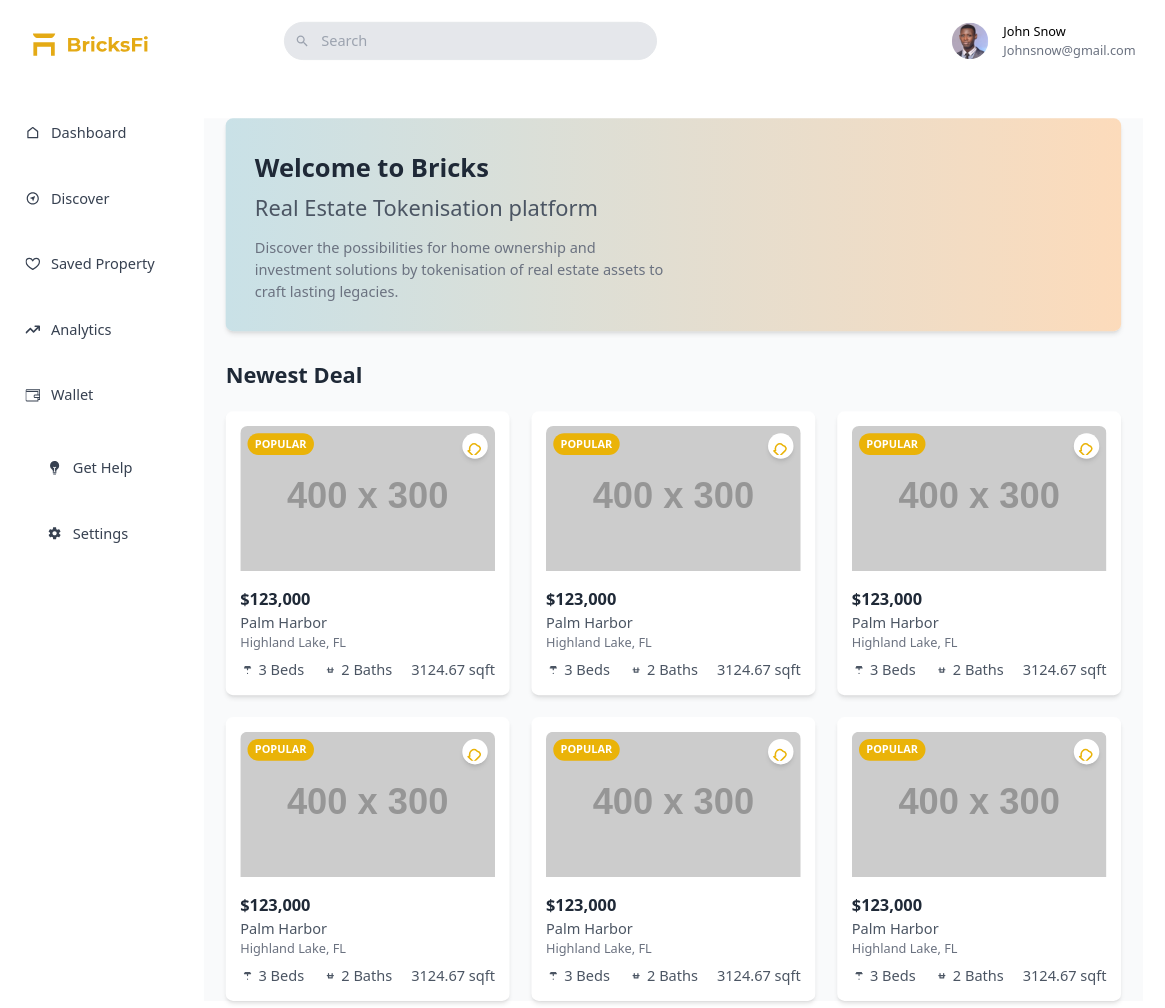
Repository: AyomideAkintade/BricksFi-Frontend
Page: /dashboard/discover (app in client/)
An editor plug-in stored every save of this project. The page is shown before and after the next save, followed by the edit.
The browser window is 1280 px wide. The pictures show the whole page, at 91% of full size.
The page's requests for data from a server got no answer. The project was rebuilt for these pictures with package versions that can differ from the ones it lists, and the page was loaded fresh each time. No one was signed in, and anything a server would have sent is missing. Also part of the build but not shown: client/src/components/navbar.jsx, client/src/components/home.jsx, client/src/components/homeSecond.jsx, client/src/components/homeThird.jsx, client/src/components/homeFifth.jsx, client/src/components/homeSixth.jsx, client/src/components/homeSeventh.jsx, client/src/api/base.js and 16 more.

Above is the page before, as saved 2024-10-04 23:31:13.

### client/src/index.css
@import "tailwindcss/base";
@import "tailwindcss/components";
@import "tailwindcss/utilities";


@font-face {
  font-family: Poppins;
  src: url(/src/assets/fonts/Poppins-Regular.ttf) format("truetype"), url(/src/assets/fonts/Poppins-Bold.ttf) format("truetype"), url(/src/assets/fonts/Poppins-Medium.ttf) format("truetype");

}

### client/src/App.js
import { BrowserRouter as Router, Route, Routes } from "react-router-dom";
import Home from "./pages/homePage";
import HomeFourth from "./components/login.jsx";
import HomeEight from "./components/signup.jsx";
import ForgotPasswordPage from "./components/forgotPassword.jsx";
import DashboardLayout from "./pages/dashboardLayout";
import DashboardPage from "./pages/dashboard.jsx";
import PieAnalytics from "./components/analytics.jsx";
import Discover from "./components/discover.jsx";
import SavedPropertyPage from "./components/savedProperties.jsx";
import { ToastContainer } from "react-toastify";
import 'react-toastify/dist/ReactToastify.css';
import { useEffect, useState } from "react";
import { BrCookies } from "./utils/storage/cookies.js";
// import DiscoverPage from "./pages/discover.jsx";
// import SavedPropertyPage from "./pages/savedProperty.jsx";

function App() {

  const [ loggedIn, setLoggedIn ] = useState(false);
  const [ isLoading, setLoading ] = useState(true);

  useEffect(()=>{
    const ck = new BrCookies(document);
    ck.getCookie('authToken')
      .then((value) => {
        setLoggedIn(true);
        setLoading(false);
      })
      .catch((e) => {
        setLoading(false);
        // this.setState({ isLoading: false }); // Set loading to false even if there is an error
      });
  }, [])
  if (isLoading) {
    return <div></div>;
  }

  return (
    <div>
      <ToastContainer limit={5} />
      {loggedIn ?
      <Router>
        <Routes>
          <Route path="*" element={<DashboardLayout />}>
            <Route index element={<DashboardPage />} />
          </Route>
          <Route path="/dashboard" element={<DashboardLayout />}>
            <Route index element={<DashboardPage />} />
            <Route path="discover" element={<Discover/>} />
            <Route path="saved-property" element={<SavedPropertyPage/>} />
            <Route path="analytics" element={<PieAnalytics />} />
          </Route>
        </Routes>
      </Router>
      :
      <Router>
        <Routes>
          {/* Public Routes */}
          <Route path="/" element={<Home />} />
          <Route path="/login" element={<HomeFourth />} />
          <Route path="/signup" element={<HomeEight />} />
          <Route path="/forgot-password" element={<ForgotPasswordPage />} />

          {/* Dashboard Routes with Sidebar and Header */}
          <Route path="/dashboard" element={<DashboardLayout />}>
            <Route index element={<DashboardPage />} />
            <Route path="discover" element={<Discover/>} />
            <Route path="saved-property" element={<SavedPropertyPage/>} />
            <Route path="analytics" element={<PieAnalytics />} />
          </Route>
        </Routes>
      </Router>
      }
    </div>
  );
}

export default App;

### client/src/pages/dashboardLayout.jsx
import React from 'react';
import Sidebar from '../components/sidebar';
import Header from '../components/header';
import { Outlet } from 'react-router-dom';

const DashboardLayout = () => {
  return (
    <div className="flex">
      {/* Sidebar */}
      <Sidebar />

      <div className="flex-1 ml-[200px]">
        {/* Header */}
        <Header />

        <div className="px-6 py-2">
          {/* Outlet will render the child routes here */}
          <Outlet />
        </div>
      </div>
    </div>
  );
};

export default DashboardLayout;

### client/src/components/discover.jsx
import React from 'react';

const properties = [
  {
    id: 1,
    price: "$123,000",
    name: "Palm Harbor",
    location: "Highland Lake, FL",
    bedrooms: 3,
    bathrooms: 2,
    area: "3124.67 sqft",
    imageUrl: "https://via.placeholder.com/400x300", // Replace with actual image URL
    popular: true,
  },
  {
    id: 2,
    price: "$123,000",
    name: "Palm Harbor",
    location: "Highland Lake, FL",
    bedrooms: 3,
    bathrooms: 2,
    area: "3124.67 sqft",
    imageUrl: "https://via.placeholder.com/400x300", // Replace with actual image URL
    popular: true,
  },
  {
    id: 3,
    price: "$123,000",
    name: "Palm Harbor",
    location: "Highland Lake, FL",
    bedrooms: 3,
    bathrooms: 2,
    area: "3124.67 sqft",
    imageUrl: "https://via.placeholder.com/400x300", // Replace with actual image URL
    popular: true,
  },
  {
    id: 4,
    price: "$123,000",
    name: "Palm Harbor",
    location: "Highland Lake, FL",
    bedrooms: 3,
    bathrooms: 2,
    area: "3124.67 sqft",
    imageUrl: "https://via.placeholder.com/400x300", // Replace with actual image URL
    popular: true,
  },
  {
    id: 5,
    price: "$123,000",
    name: "Palm Harbor",
    location: "Highland Lake, FL",
    bedrooms: 3,
    bathrooms: 2,
    area: "3124.67 sqft",
    imageUrl: "https://via.placeholder.com/400x300", // Replace with actual image URL
    popular: true,
  },
  {
    id: 6,
    price: "$123,000",
    name: "Palm Harbor",
    location: "Highland Lake, FL",
    bedrooms: 3,
    bathrooms: 2,
    area: "3124.67 sqft",
    imageUrl: "https://via.placeholder.com/400x300", // Replace with actual image URL
    popular: true,
  },
  // Add more property data as needed
];

const Discover = () => {
  return (
    <div className="bg-gray-50 min-h-screen">
      {/* Hero Section */}
      <section className="bg-gradient-to-r from-[#C9E1E7] to-[#FCDBBB] p-8 rounded-lg mx-6 my-8 shadow-md">
        <div className="grid grid-cols-1 md:grid-cols-2 items-center">
          <div>
            <h1 className="text-[28px] font-bold text-gray-800">
              Welcome to Bricks
            </h1>
            <p className="text-2xl mt-2 text-gray-600">
              Real Estate Tokenisation platform
            </p>
            <p className="mt-4 text-gray-500">
              Discover the possibilities for home ownership and investment
              solutions by tokenisation of real estate assets to craft lasting
              legacies.
            </p>
          </div>
          {/* <div>
            <img
              src="https://via.placeholder.com/600x400" // Replace with actual image URL
              alt="Real Estate Building"
              className="w-full rounded-lg"
            />
          </div> */}
        </div>
      </section>

      {/* Newest Deal Section */}
      <section className="px-6">
        <h2 className="text-2xl font-semibold text-gray-800 mb-6">Newest Deal</h2>
        <div className="grid grid-cols-1 md:grid-cols-3 lg:grid-cols-3 gap-6">
          {properties.map((property) => (
            <div key={property.id} className="bg-white p-4 rounded-lg shadow-md">
              <div className="relative">
                <img
                  src={property.imageUrl}
                  alt={property.name}
                  className="w-full h-40 object-cover rounded-t-lg"
                />
                {property.popular && (
                  <div className="absolute top-2 left-2 bg-yellow-500 text-white text-xs font-semibold px-2 py-1 rounded-full">
                    POPULAR
                  </div>
                )}
                <button className="absolute top-2 right-2 bg-white p-1 rounded-full shadow-md">
                  <svg
                    xmlns="http://www.w3.org/2000/svg"
                    fill="none"
                    viewBox="0 0 24 24"
                    stroke="currentColor"
                    className="w-5 h-5 text-yellow-500"
                  >
                    <path
                      strokeLinecap="round"
                      strokeLinejoin="round"
                      strokeWidth={2}
                      d="M5.121 17.804A4.992 4.992 0 015 15c0-1.38.56-2.63 1.464-3.536l.707-.707c.879-.88 2.03-1.464 3.537-1.464 1.507 0 2.658.584 3.537 1.464l.707.707A4.992 4.992 0 0119 15a4.992 4.992 0 01-1.465 3.535l-6.585 6.585a1 1 0 01-1.414 0l-6.585-6.585z"
                    />
                  </svg>
                </button>
              </div>
              <div className="mt-4">
                <h3 className="text-lg font-semibold text-gray-800">{property.price}</h3>
                <p className="text-gray-600">{property.name}</p>
                <p className="text-sm text-gray-500">{property.location}</p>
                <div className="flex items-center justify-between mt-2">
                  <div className="flex items-center text-gray-600">
                    <svg
                      xmlns="http://www.w3.org/2000/svg"
                      fill="none"
                      viewBox="0 0 24 24"
                      stroke="currentColor"
                      className="w-4 h-4 mr-1"
                    >
                      <path
                        strokeLinecap="round"
                        strokeLinejoin="round"
                        strokeWidth={2}
                        d="M8 7h8M7 9h10M12 12V9m0 9h.01"
                      />
                    </svg>
                    {property.bedrooms} Beds
                  </div>
                  <div className="flex items-center text-gray-600">
                    <svg
                      xmlns="http://www.w3.org/2000/svg"
                      fill="none"
                      viewBox="0 0 24 24"
                      stroke="currentColor"
                      className="w-4 h-4 mr-1"
                    >
                      <path
                        strokeLinecap="round"
                        strokeLinejoin="round"
                        strokeWidth={2}
                        d="M7 12h10M9 12v4h6v-4M9 9v3m6-3v3"
                      />
                    </svg>
                    {property.bathrooms} Baths
                  </div>
                  <div className="text-gray-600">{property.area}</div>
                </div>
              </div>
            </div>
          ))}
        </div>
      </section>
    </div>
  );
};

export default Discover;

### client/src/utils/storage/cookies.js

// eslint-disable-next-line no-unused-vars
class BrCookies {

    constructor(document) {
        this.document = document || (typeof document !== "undefined" ? document : null);
    }

    /**
     *
     * @param {Array<CookieData>} dataList
     */

    saveCookies(dataList){

        if (!Array.isArray(dataList)) {
            throw new Error("Data list must be an array.");
        }

        for (const data of dataList) {
            if (!(data instanceof CookieData)) {
                throw new Error("Invalid cookie data format.");
            }

            // save each cookie
            let cookieValue = `${data.name}=${data.value}; expires=${data.expiryDate.toUTCString()}; path=/`;

            // Set SameSite=None if running on localhost
            if (window.location.hostname !== 'localhost') {

                cookieValue += '; SameSite=Strict; Secure'
            }

            this.document.cookie = cookieValue;
        }
    }

    async getCookie(name) {
        return new Promise((resolve, reject) => {
          const cookies = this.document.cookie.split('; ');
          for (const cookie of cookies) {
            const [cookieName, cookieValue] = cookie.split('=');
            if (cookieName === name) {
              resolve(cookieValue);
              return;
            }
          }
          reject(new Error(`Cookie with name ${name} not found.`));
        });
    }

    removeCookie(name) {
        this.document.cookie = name + "=;Path=/;expires=Thu, 01 Jan 1970 00:00:00 GMT";
    }

    removeAllCookies() {
        const cookies = this.document.cookie.split(";");
        for (var i = 0; i < cookies.length; i++) {
            const cookie = cookies[i];
            const eqPos = cookie.indexOf("=");
            const name = eqPos > -1 ? cookie.substr(0, eqPos) : cookie;
            document.cookie = name + "=;Path=/;expires=Thu, 01 Jan 1970 00:00:00 GMT";
        }
    }
}


class CookieData {
    constructor(name, value, expiryDate) {

        if (typeof name !== "string" || typeof value !== "string" || !(expiryDate instanceof Date) || name.length === 0) {
            throw new Error("Invalid CookieData format.");
        }

        this.name = name;
        this.value = value;
        this.expiryDate = expiryDate;
    }
}

function createCookieDate(timeInSec) {

    const timeInDays = timeInSec / (3600 * 24);

    const currentDate = new Date();

    const futureDate = new Date();
    futureDate.setDate(currentDate.getDate() + timeInDays);


    return futureDate
}


export { BrCookies, CookieData, createCookieDate };

### client/src/components/sidebar.jsx
import React from 'react';
import { Link } from 'react-router-dom';
import { RiHomeLine } from "react-icons/ri";
import { RiCompassDiscoverLine } from "react-icons/ri";
import { GrFavorite } from "react-icons/gr";
import { FaArrowTrendUp } from "react-icons/fa6";
import { TfiWallet } from "react-icons/tfi";
import { IoBulbSharp } from "react-icons/io5";
import { IoMdSettings } from "react-icons/io";
import BricksFi from "../assets/bricksfi.svg"

const Sidebar = () => {
  return (
    <aside className="bg-white h-screen w-[15%] fixed p-3 min-w-[200px]">
      <div className="p-6">
        <img
        src={BricksFi}
        alt='BricksFi'
        className='w-full'
        />
      </div>
      <nav className="mt-8">
        <ul className="space-y-4">
          <li className="p-4 hover:bg-yellow-100">
            <Link to="/dashboard" className="flex items-center text-gray-700">
              <RiHomeLine className="mr-3" /> Dashboard
            </Link>
          </li>
          <li className="p-4 hover:bg-yellow-100">
            <Link to="/dashboard/discover" className="flex items-center text-gray-700">
              <RiCompassDiscoverLine className="mr-3" /> Discover
            </Link>
          </li>
          <li className="p-4 hover:bg-yellow-100">
            <Link to="/dashboard/saved-property" className="flex items-center text-gray-700">
              <GrFavorite className="mr-3" /> Saved Property
            </Link>
          </li>
          <li className="p-4 hover:bg-yellow-100">
            <Link to="/dashboard/analytics" className="flex items-center text-gray-700">
              <FaArrowTrendUp className="mr-3" /> Analytics
            </Link>
          </li>
          <li className="p-4 hover:bg-yellow-100">
            <Link to="/dashboard/wallet" className="flex items-center text-gray-700">
              <TfiWallet className="mr-3" /> Wallet
            </Link>
          </li>
        </ul>
      </nav>
      <div className="mt-auto p-6">
        <ul className="space-y-4">
          <li className="p-4 hover:bg-yellow-100">
            <Link to="/" className="flex items-center text-gray-700">
              <IoBulbSharp className="mr-3" /> Get Help
            </Link>
          </li>
          <li className="p-4 hover:bg-yellow-100">
            <Link to="/" className="flex items-center text-gray-700">
              <IoMdSettings className="mr-3" /> Settings
            </Link>
          </li>
        </ul>
      </div>
    </aside>
  );
};

export default Sidebar;

### client/src/components/header.jsx
import React from 'react';
import COCO from "../assets/clem.jpeg"
import { IoMdSearch } from "react-icons/io";
import { IoNotificationsOutline } from "react-icons/io5";

const Header = () => {
  return (
    <div className="w-full flex gap-10 justify-between items-center py-6 bg-white sticky top-0 z-50 px-12" >
      {/* style={{boxShadow: "1px 1px 20px -8px #0000001A"}} */}
      <div className='px-16 w-full'>
      <div className="relative w-2/3">
        <input
          type="text"
          placeholder="Search"
          className="p-2 pl-10 w-full border rounded-full bg-gray-200 text-black focus:outline-none"
        />
        <IoMdSearch className="absolute left-3 top-1/2 transform -translate-y-1/2 text-gray-400" />
      </div>
      </div>
      <div className="flex items-center space-x-4 ">
        <IoNotificationsOutline className="text-gray-700 text-2xl" />
        <img
          src={COCO}
          alt="profile"
          className="rounded-full h-10 w-10"
        />
        <div className="">
          <span className="block text-sm font-medium">John Snow</span>
          <span className="block text-sm text-gray-500">Johnsnow@gmail.com</span>
        </div>
      </div>
    </div>
  );
};

export default Header;

### client/tailwind.config.js
/** @type {import('tailwindcss').Config} */
module.exports = {
  content: ["./src/**/*.{html,js,jsx}"],
  theme: {
    extend: {
      fontFamily: {
        Poppins: ['Poppins'],
      }
    },
    screens: {
      sm: '640px',
      // => @media (min-width: 640px) { ... }

      md: '768px',
      // => @media (min-width: 768px) { ... }

      lg: '1024px',
      // => @media (min-width: 1024px) { ... }

      xl: '1280px',
      // => @media (min-width: 1280px) { ... }

      '2xl': '1536px',
      // => @media (min-width: 1536px) { ... }
      'custombp': {'raw': '(min-height: 375px),(min-width:768px)'}
    },
  },
  plugins: [],
}

Loaded but not shown: client/public/index.html (common file); client/src/index.js (common file); client/src/reportWebVitals.js (common file)

After the next save:
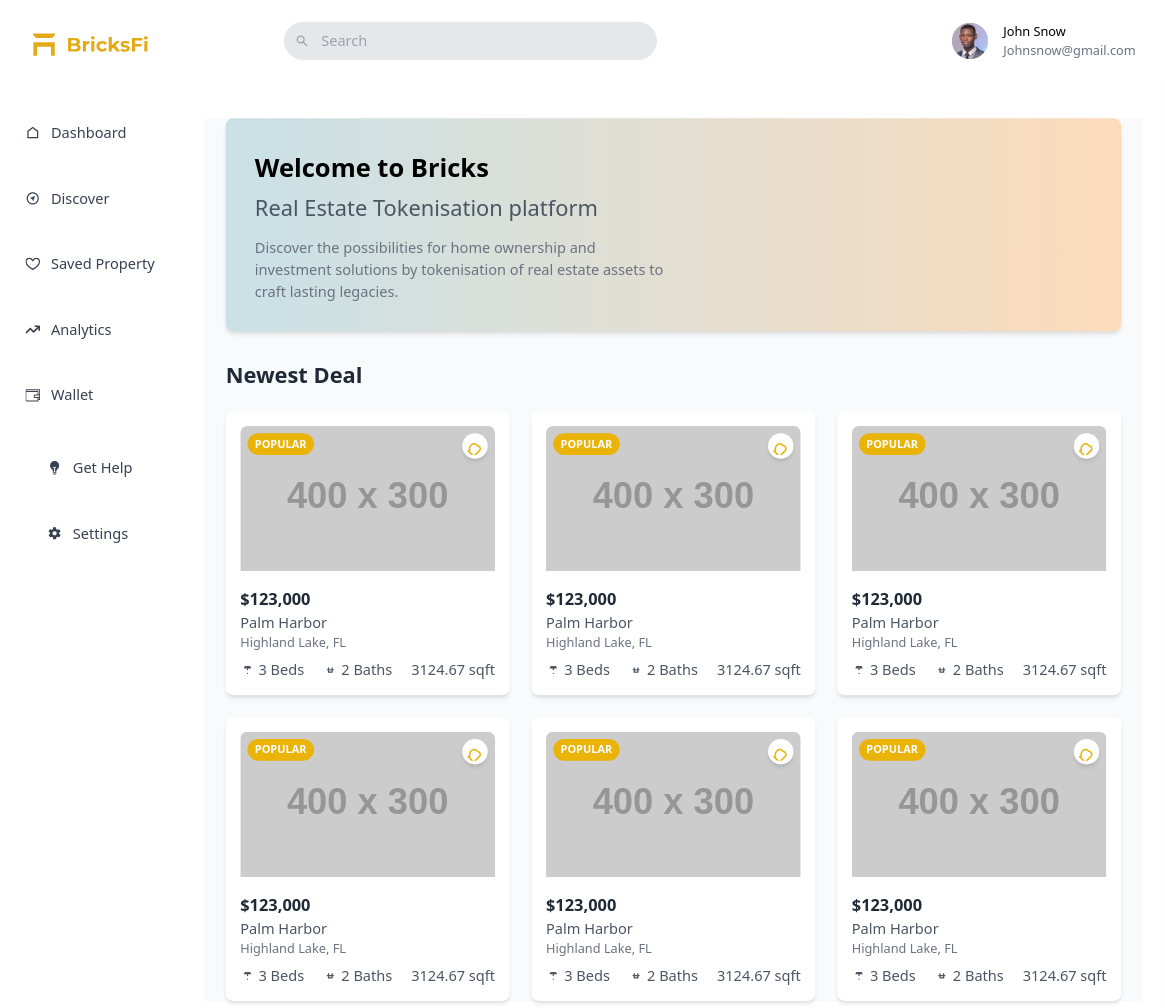
Saved 8 s later.
--- a/client/src/components/discover.jsx
+++ b/client/src/components/discover.jsx
@@ -77,7 +77,7 @@ const Discover = () => {
       <section className="bg-gradient-to-r from-[#C9E1E7] to-[#FCDBBB] p-8 rounded-lg mx-6 my-8 shadow-md">
         <div className="grid grid-cols-1 md:grid-cols-2 items-center">
           <div>
-            <h1 className="text-[28px] font-bold text-gray-800">
+            <h1 className="text-[28px] font-bold">
               Welcome to Bricks
             </h1>
             <p className="text-2xl mt-2 text-gray-600">
